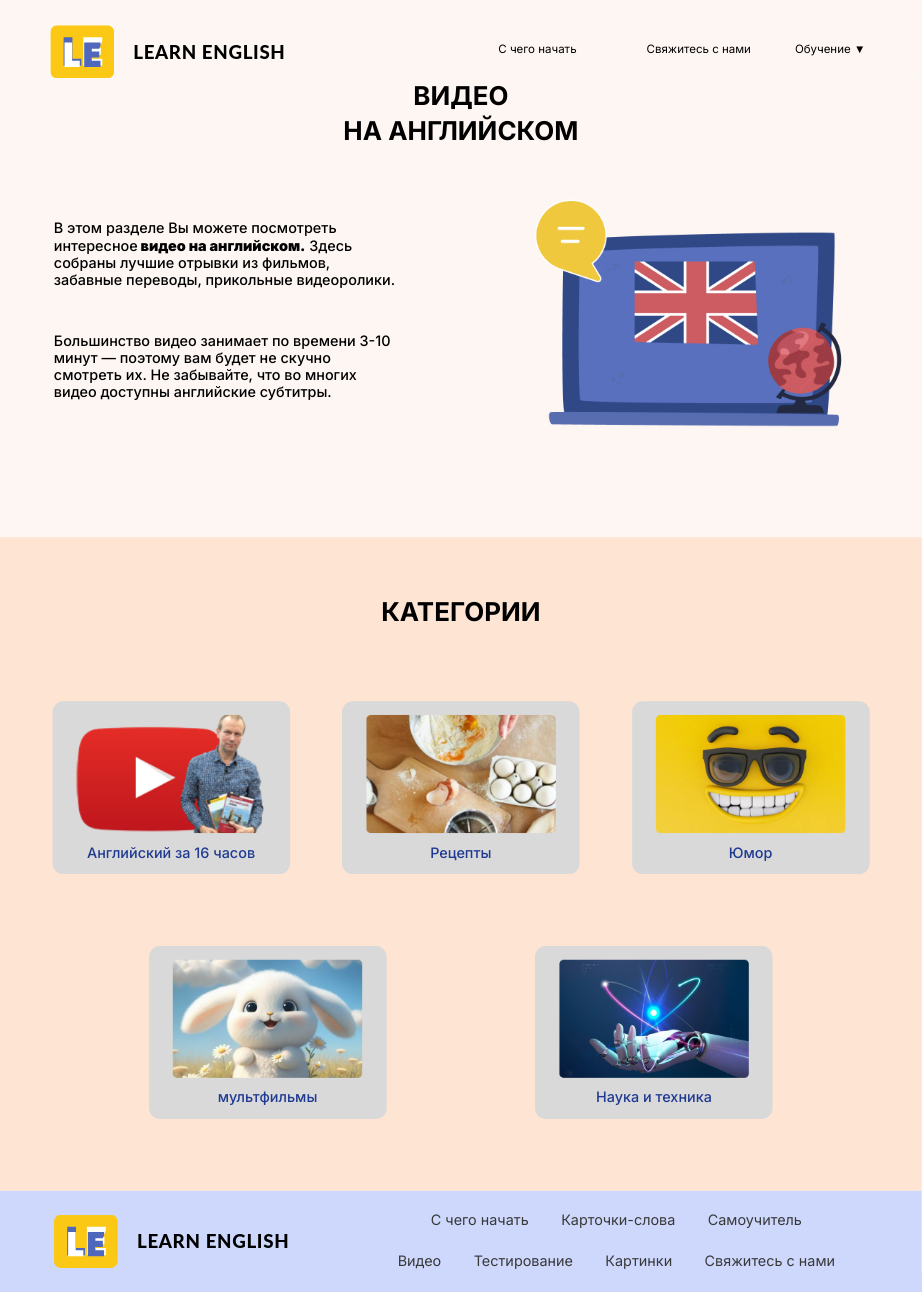
Repository: WladimirVA/Diplom
Page: scool/video.html
These files come from the project's save history. The page is drawn as it stood at one moment and after the next save; the edit follows.
The browser window is 1280 px wide. The pictures show the whole page, at 72% of full size.

Above is the page before, as saved 2023-07-20 15:33:43.

### scool/video.html
<!DOCTYPE html>
<html lang="en">
<head>
    <meta charset="UTF-8">
    <meta name="viewport" content="width=device-width, initial-scale=1.0">
    <link href="./css/index.css" rel="stylesheet" type="text/css">
    <link rel="stylesheet" href="./css/video.css" type="text/css">
    <link href="../static/css/fonts.css" rel="stylesheet" type="text/css">
    <link rel="icon" sizes="16x16" href="./img/Vector.svg" type="image/x-icon">
    <title>Learn english</title>
</head>
<body>
    <header class="header" di="HOME">
        <div class="section">
            <div class="section-header">
                <div class="logo">
                    <img src="./img/Vector.svg">
                    <p>Learn english</p>
                </div>
                <div>

                    <ul class="ddropdownn">
                        <li class="ddropdownn-top">
                        <a class="ddropdownn-top" href="./index.html">С чего начать</a>
                        </li>
                        <li class="ddropdownn-top">
                            <a class="ddropdownn-top" href="mailto:dyadichenko_va@mail.ru">Свяжитесь с нами</a>
                        </li>
                        <li class="ddropdownn-top">
                        <a class="ddropdownn-top" href="#">Обучение &#9660;</a>
                            <ul class="ddropdownn-inside">
                                <li><a href="#">Карточки-слова</a></li>
                                <li><a href="#">Самоучитель</a></li>
                                <li><a href="#">Видео</a></li>
                                <li><a href="#">Тестирование</a></li>
                                <li><a href="#">Картинки</a></li>
                            </ul>
                        </li>

                    </ul>
                </div>
            </div>
        </div>
    </header>
    <main>
        <section class="TUTORIAL">
            <div class="section">
                <h1 class="tutorial-h1">видео <br>на английском</h1>
                <div class="content-tutorial">
                    <div class="tutorial-inf">
                        <p>В этом разделе Вы можете посмотреть интересное<span  style="font-weight:900"> видео на английском.</span> Здесь собраны лучшие отрывки из фильмов, забавные переводы, прикольные видеоролики.</p>
                        <p class="tutorial-p">Большинство видео занимает по времени 3-10 минут — поэтому вам будет не скучно смотреть их. Не забывайте, что во многих видео доступны английские субтитры.</p>
                    </div>
                    <div class="tutorial-img">
                        <img src="./img/Frame.png" alt="foto">
                    </div>
                </div>
            </div>
        </section>
        <section class="CATEGORIES">
            <div class="section">
                <div class="content-categories">
                    <div class="categories-text">
                        <h1>Категории</h1>
                    </div>
                </div>
                <div class="categories">
                    <div class="categories1">
                        <div class="information-ang" onclick="location.href='./index.html';">
                            <!-- <iframe width="560" height="317" src="https://www.youtube.com/embed/an_MiUmpgs0" title="YouTube video player" frameborder="0" allow="accelerometer; autoplay; clipboard-write; encrypted-media; gyroscope; picture-in-picture" allowfullscreen></iframe> -->
                            <img src="./img/Rectangle 172.png" alt="foto">
                            <a href="#">Английский за 16 часов</a>
                        </div>
                        <div class="information-ang" onclick="location.href='./index.html';">
                            <img src="./img/Rectangle 173.png" alt="foto">
                            <a href="#">Рецепты</a>
                        </div>
                        <div class="information-ang" onclick="location.href='./index.html';">
                            <img src="./img/Rectangle 174.png" alt="foto">
                            <a href="#">Юмор</a>
                        </div>
                    </div>
                    <div class="categories2">
                        <div class="information-ang" onclick="location.href='./index.html';">
                            <img src="./img/Rectangle 175.png" alt="foto">
                            <a href="#">мультфильмы</a>
                        </div>
                        <div class="information-ang" onclick="location.href='./index.html';">
                            <img src="./img/Rectangle 176.png" alt="foto">
                            <a href="#">Наука и техника</a>
                        </div>
                    </div>
                </div>
            </div>
        </section>
    </main>
    <footer class="FOOTER">
        <div class="section">
            <div class="section-footer">
                <div class="logo">
                    <img src="./img/Vector.svg">
                    <p>Learn english</p>
                </div>
                <div class="ddropdownn-footer">
                    <div class="ddropdownn-menu">
                        <ul class="ddropdownn1">
                            <li><a href="./index.html">С чего начать</a></li>
                            <!-- <li><a href="#">Обучение</a></li> -->
                            <li><a href="#">Карточки-слова</a></li>
                            <li><a href="#">Самоучитель</a></li>
                        </ul>
                    </div>
                    <div class="ddropdownn-menu">
                        <ul class="ddropdownn2">
                            <li><a href="#">Видео</a></li>
                            <li><a href="#">Тестирование</a></li>
                            <li><a href="#">Картинки</a></li>
                            <li><a class="link" href="mailto:dyadichenko_va@mail.ru">Свяжитесь с нами</a></li>
                        </ul>
                    </div>
                </div>
            </div>
        </div>
    </footer>
</body>
</html>

### scool/css/index.css
body {
    scroll-behavior: smooth;
    align-items: center;
    width: 100%;
    max-width: 1366px;
    margin: auto;
    font-family: 'Inter', 'Work Sans', "NunitoSans-Light", Arial, Helvetica, sans-serif;
}
* {
    margin: 0;
    padding: 0;
}

.logo {
    display: flex;
    align-items: center;
}

.logo p {
    font-family: Lato;
    font-size: 26px;
    font-weight: 800;
    line-height: 48px;
    letter-spacing: 0.035em;
    text-align: left;
    text-transform: uppercase;
    padding-left: 1em;
}

/* Стили выпадающего списка */
ul.ddropdownn li {/* Считаем координаты относительно исходного места. */
    position: relative; }
ul.ddropdownn, ul.ddropdownn-inside {
    /* Отступы на нуле. */
    padding: 0;
    /* Маркеры уберем. */
    list-style-type: none;
    }
ul.ddropdownn-inside {
    /* Спрячем дочерние элементы выпадающего списка. */
    left: -9999px;
    position: absolute;
    }
ul.ddropdownn li.ddropdownn-top {
    /* Небольшой отступ. */
    margin: 20px 1px 0 0;
    /* Выравнивание по левой стороне. */
    float: left;
    display: inline;
    }
ul.ddropdownn li.ddropdownn-top a {
    /* Делаю элементы блочными. */
    display: block;
    /* Снова отступы. */
    padding: 3px 30px 4px;
    text-decoration: none;
    color: black;
    font-family: Inter;
    width: 145px;
    }
ul.ddropdownn a.ddropdownn-top {/* Цвет фона. */ background: #FEF6F3; } */
ul.ddropdownn a.ddropdownn-top:hover {/* Отступы. */ padding: 13px 20px 4px; }
ul.ddropdownn li.ddropdownn-top:hover .ddropdownn-inside {
    left: 0;
    /* Делаю элементы блочными. */
    display: block;
    }
ul.ddropdownn .ddropdownn-inside {/* Цвет фона. */ background: #FEF6F3; }
ul.ddropdownn .ddropdownn-inside a:hover {/* Цвет фона изменится при наведении. */
    background: #FEF6F3; }


@media screen and (max-width: 745px) {
    .header-nav {
        display: block;
        padding-top: 0px;
    }
}


.section-header {
    display: flex;
    justify-content: space-between;
    background-color: #FEF6F3;
    padding: 35px 0px 0 70px;

}

.BEGINNES {
    background: #FEF6F3;
}

.content-beginners {
    display: flex;
    justify-content: space-between;
}

.beginners-inf {
    padding: 50px 0 0 70px;
}

.beginners-inf h1 {
    font-family: Inter;
    font-size: 44px;
    font-weight: 700;
    line-height: 48px;
    letter-spacing: -0.08em;
    text-align: left;
    text-transform: uppercase;
    letter-spacing: 0.035em;
}

.beginners-img img {
    width: 100%;
    height: auto;
}

.beginners-inf p {
    margin-top: 50px;
}

.content-beginners {
    font-family: Inter;
    font-size: 22px;
    font-weight: 700;
    line-height: 24px;
    letter-spacing: 0em;
    text-align: left;

    font-family: Inter;
    font-size: 22px;
    font-weight: 500;
    line-height: 24px;
    letter-spacing: 0em;
    text-align: left;

    font-family: Inter;
    font-size: 20px;
    font-weight: 500;
    line-height: 24px;
    letter-spacing: 0em;
    text-align: left;
}

.home_ul {
    list-style-type: none;
    padding: 20px 0 20px 0;
}

.check {
    margin-left: 15px;
}

.button_home {
    font-family: Inter;
    font-size: 20px;
    font-weight: 700;
    line-height: 24px;
    letter-spacing: 0em;
    text-align: center;
    background:#FBC815;
    border-style: none;
    border-radius: 25px;
    width: 257px;
    height: 56px;
}

.LEARNING {
    background: #FDE4D3;
}

.learning {
    display: flex;
    justify-content: space-evenly;
}

.img-learning img {
    width: 100%;
    height: auto;
}

.content-learning h1 {
    text-align: center;
    text-transform: uppercase;
    font-family: Inter;
    font-size: 36px;
    font-weight: 700;
    line-height: 48px;
    letter-spacing: 0em;
    text-align: center;
    padding-top: 65px;

}

.popular {
    margin-left: 20px;
}

.learning-text {
    max-width: 550px;
    margin-top: 50px;
}

.learning-text p {
    font-family: Inter;
    font-size: 20px;
    font-weight: 500;
    line-height: 24px;
    letter-spacing: 0em;
    text-align: left;
}

.learning-text-img {
    margin-top: 60px;
}

.learning-text-img p {
    margin: -38px 0 0 20px;
}

.INFORMATION {
    background: #4F68BB;
    height: 1275px;
}

.information-text {
    text-align: center;
    color: #FFFFFF;
    /* max-width: 932px; */
}


.content-information h1 {
    font-family: Inter;
    font-size: 36px;
    font-weight: 700;
    line-height: 48px;
    letter-spacing: 0em;
    text-align: center;
    text-transform: uppercase;
    padding: 60px 0 50px 0;
}

.content-information p {
    font-family: Inter;
    font-size: 24px;
    font-weight: 700;
    line-height: 32px;
    letter-spacing: 0em;
    text-align: center;
}


.information1 {
    color: #FFFFFF;
    height: 400px;
    text-align: center;
    display: flex;
    justify-content: space-around;
    margin: 60px 0 0 0;
}

.information1 p {
    max-width: 270px;
}

.information1 h3 {
    padding: 65px 0 50px 0;
}

.information2 {
    color: #FFFFFF;
    height: 400px;
    text-align: center;
    margin: 60px 0 0 0;
    display: flex;
    justify-content: space-evenly;
}

.information2 p {
    max-width: 270px;
}
.information2 h3 {
    padding: 65px 0 50px 0;
}

.buttton-inf1 {
    margin-top: 39px;
}
.buttton-inf2 {
    margin-top: 95px;
}
.buttton-inf3 {
    margin-top: 55px;
}
.buttton-inf4 {
    padding-top: 63px;
}
.buttton-inf5 {
    padding-top: 25px;
}

.TRANING {
    background:rgba(251, 205, 166, 1);
    height: 345px;
}

.training {
    display: flex;
    align-items: center;
    justify-content: space-evenly;
}

.training-inf {
    display: block;
    text-align: center;
}

.training-inf p {
    font-family: Inter;
    font-size: 36px;
    font-weight: 700;
    line-height: 48px;
    letter-spacing: 0em;
    text-align: center;
}

.buttton-training1 {
    padding-top: 45px;
}

.buttton-training {
    color: #FFFFFF;
    font-family: Inter;
    font-size: 20px;
    font-weight: 700;
    line-height: 24px;
    letter-spacing: 0em;
    text-align: center;
   background: rgba(240, 63, 90, 1);
}

.training-img {
    margin-top: -60px;
}

.FOOTER {
    background:rgba(205, 216, 252, 1);
    height: 140px;
    align-items: center;
    display: grid;
    justify-items: stretch;
}

.section-footer {
    display: flex;
    justify-content: space-around
}

.ddropdownn-footer {
    display: flex;
    flex-direction: column;
    align-items: center;
}

.ddropdownn-menu {
    display: flex;
}

.ddropdownn1, .ddropdownn2 {
    display: flex;
    font-family: Inter;
    font-size: 20px;
    font-weight: 400;
    line-height: 16px;
    letter-spacing: 0em;
    text-align: left;
    list-style-type:none;

}

.ddropdownn2 {
    margin: 40px 0 0 0;
}

.ddropdownn-footer li{
    padding: 0 45px 0 0;
}

.ddropdownn-footer a {
    text-decoration: none;
    color: rgba(57, 57, 57, 1);
    ;
}

### scool/css/video.css
.TUTORIAL {
    background: rgba(254, 246, 243, 1);
}

h1 {
    text-align: center;
    font-family: Inter;
    font-size: 36px;
    font-weight: 700;
    line-height: 48px;
    letter-spacing: 0em;
    text-align: center;
    text-transform: uppercase;
}

.content-tutorial {
    display: flex;
    justify-content: space-around;
    padding: 60px 0 150px 0;
}

.tutorial-inf {
    max-width: 475px;
    font-family: Inter;
    font-size: 20px;
    font-weight: 500;
    line-height: 24px;
    letter-spacing: 0em;
    text-align: left;
    margin: 40px 0 0 0;

}

.tutorial-p {
    margin: 60px 0 0 0;
}

.CATEGORIES {
    background: rgba(253, 228, 211, 1);
}

.content-categories {
    padding-top: 80px;
}

.categories1, .categories2 {
    display: flex;
    justify-content: space-evenly;
}

.information-ang {
    display: flex;
    flex-direction: column;
    align-items: center;
    justify-content: center;
    width: 330px;
    height: 240px;
    background: rgba(217, 217, 217, 1);
    border-radius: 15px;
    cursor:pointer
}

.information-ang a {
    padding-top: 15px;
    text-decoration: none;
    color: rgba(31, 58, 146, 1);
    font-family: Inter;
    font-size: 20px;
    font-weight: 500;
    line-height: 24px;
    letter-spacing: 0em;
    text-align: left;
}

.categories2 {
    padding: 100px 0 100px 0;
}

.categories1 {
    padding: 100px 0 0 0;
}

### static/css/fonts.css
/* @import url('https://fonts.googleapis.com/css2?family=Work+Sans:ital,wght@0,600;0,800;1,800&display=swap'); */


/* @import url('https://fonts.googleapis.com/css2?family=Inter:wght@400;500;600;700;800&family=Work+Sans:ital,wght@0,600;0,800;1,800&display=swap'); */


@import url('https://fonts.googleapis.com/css2?family=Inter:wght@100;200;300;400;500;600;700;800;900&display=swap');

@import url('https://fonts.googleapis.com/css2?family=Inter:wght@100;200;300;400;500;600;700;800;900&family=Work+Sans:ital,wght@0,100;0,200;0,300;0,400;0,500;0,600;0,700;0,800;0,900;1,100;1,200;1,300;1,400;1,500;1,600;1,700;1,800;1,900&display=swap');

After the next save:
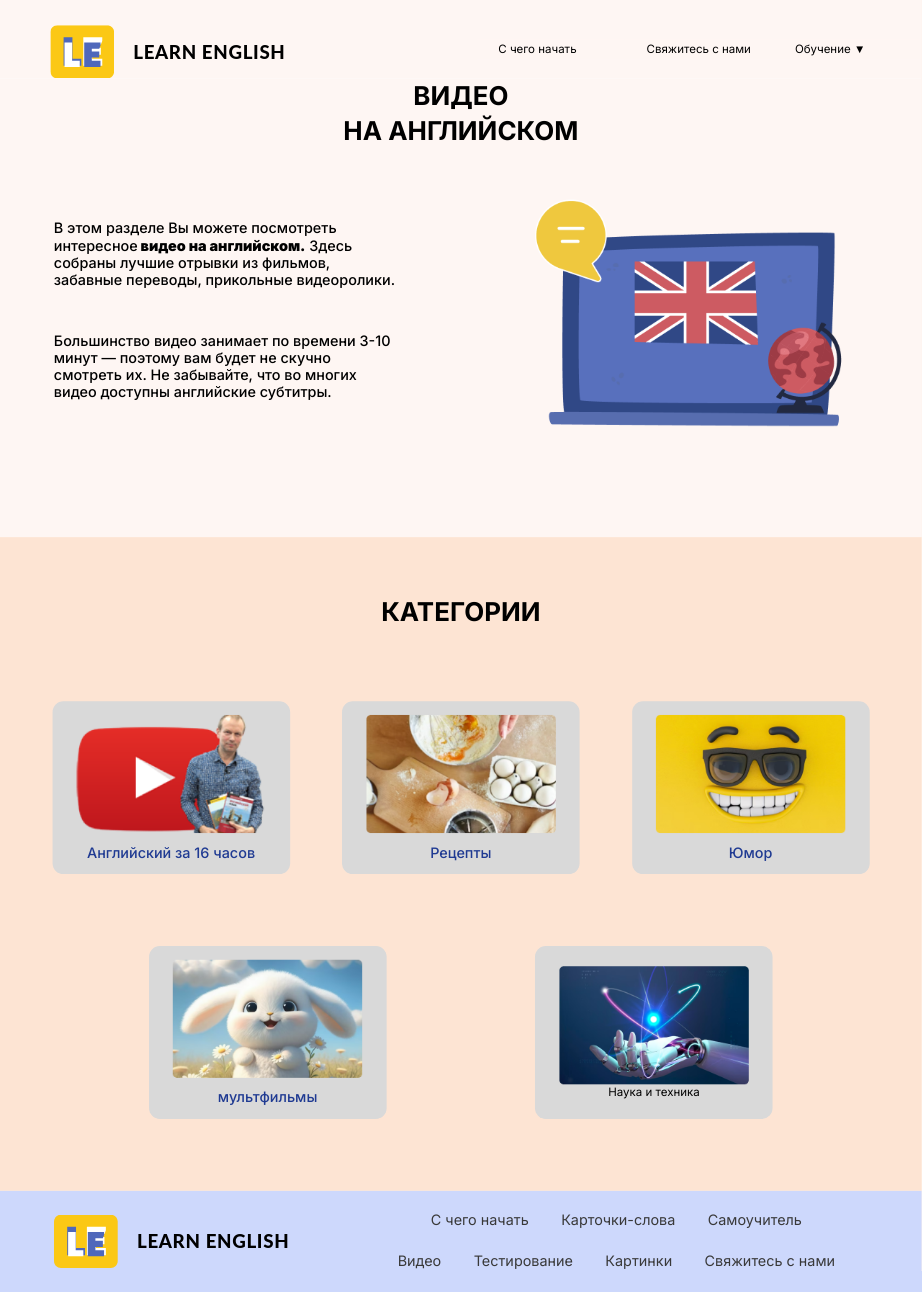
Saved 39 s later.
--- a/scool/video.html
+++ b/scool/video.html
@@ -87,7 +87,7 @@
                         </div>
                         <div class="information-ang" onclick="location.href='./index.html';">
                             <img src="./img/Rectangle 176.png" alt="foto">
-                            <a href="#">Наука и техника</a>
+                            <p>Наука и техника</p>
                         </div>
                     </div>
                 </div>
